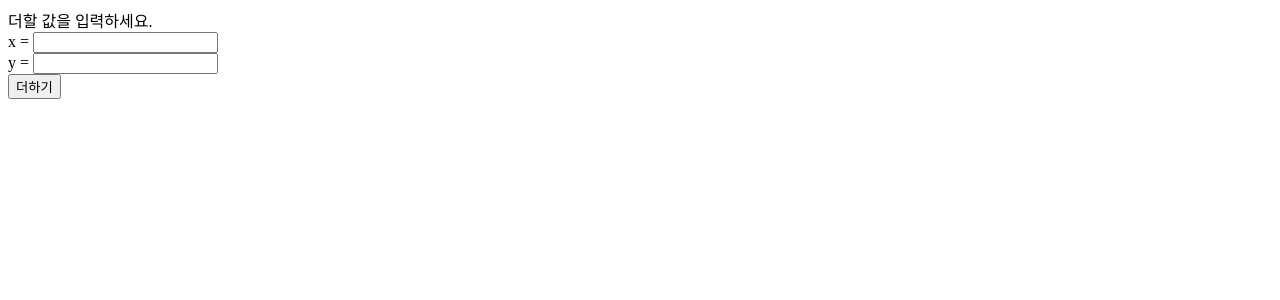
Repository: jocod98/servlet-jsp
Page: JSPPrj/src/main/webapps/add.html
These files come from the project's save history. The page is drawn as it stood at one moment and after the next save; the edit follows.
The browser window is 1280 px wide. The pictures show the whole page.

Above is the page before, as saved 2023-01-10 06:11:10.

### JSPPrj/src/main/webapps/add.html
<!DOCTYPE html>
<html>
<head>
<meta charset="UTF-8">
<title>Insert title here</title>
</head>
<body>
<div>
	<form action = "add">
	<div>
	<label>더할 값을 입력하세요.</label>
	</div>
	<div>
		<label>x = </label><input type ="text" name = "x" />
	</div>
	<div>
		<label>y  = </label><input type ="text" name = "y" />
	</div>
	<div>
		<input type = "submit" value ="더하기"/>
	</div>
	</form>
</div>
</body>
</html>

After the next save:
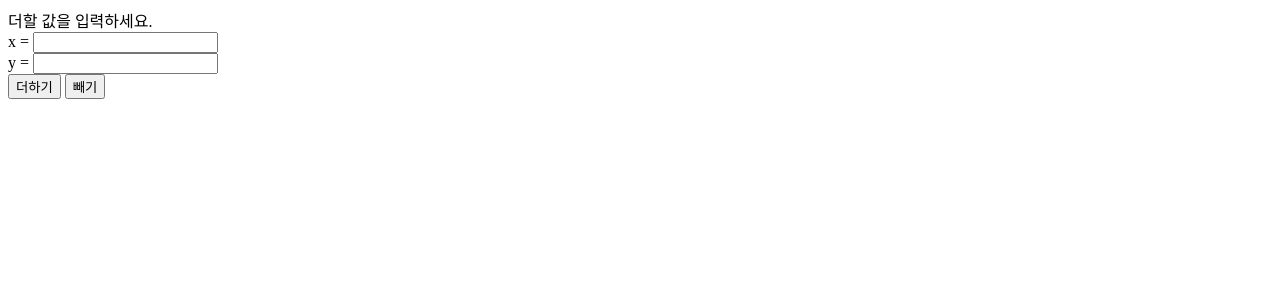
Saved 44 s later.
--- a/JSPPrj/src/main/webapps/add.html
+++ b/JSPPrj/src/main/webapps/add.html
@@ -18,6 +18,7 @@
 	</div>
 	<div>
 		<input type = "submit" value ="더하기"/>
+		<input type = "submit" value ="빼기"/>
 	</div>
 	</form>
 </div>

After the save that followed:
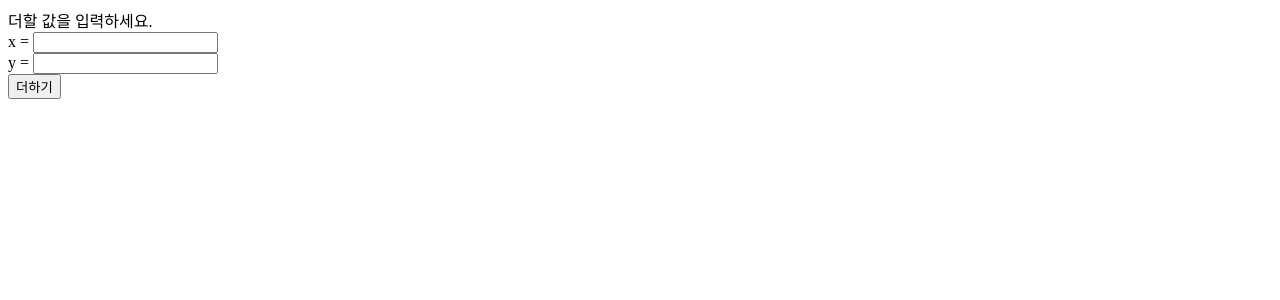
Saved 48 s later.
--- a/JSPPrj/src/main/webapps/add.html
+++ b/JSPPrj/src/main/webapps/add.html
@@ -18,7 +18,7 @@
 	</div>
 	<div>
 		<input type = "submit" value ="더하기"/>
-		<input type = "submit" value ="빼기"/>
+
 	</div>
 	</form>
 </div>
